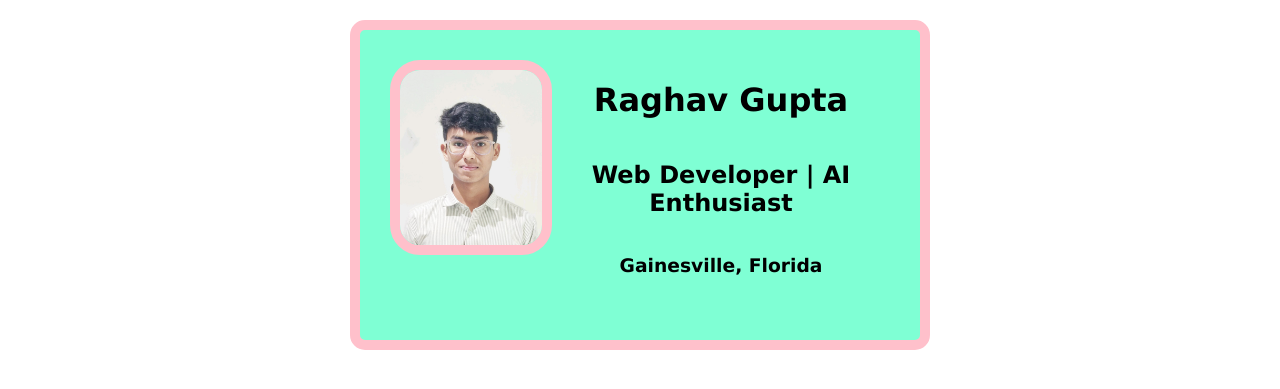
Repository: raghhavv03/html-css-practice
Page: css-task-2/index.html
These files come from the project's save history. The page is drawn as it stood at one moment and after a run of saves; the edit follows.
The browser window is 1280 px wide. The pictures show the whole page.

Above is the page before, as saved 2026-02-04 04:26:23.

After the next 2 saves:
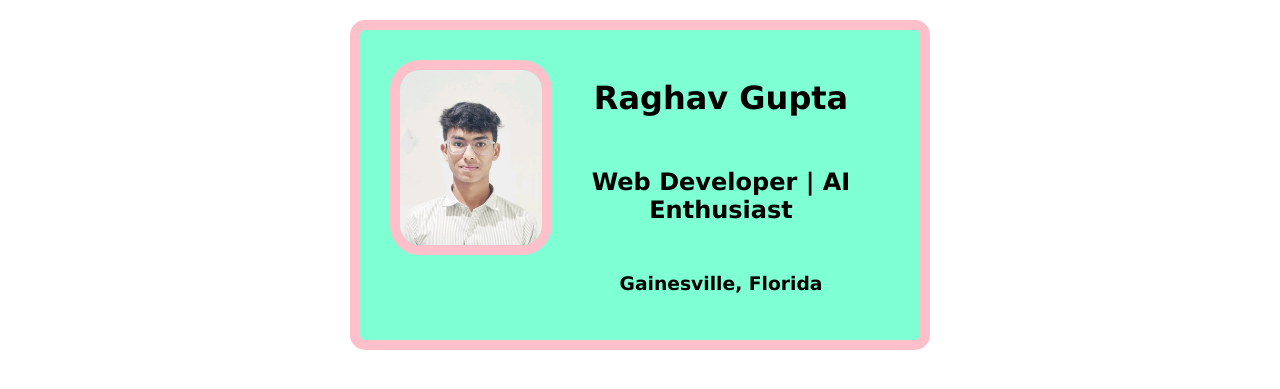
The 2 saves are shown as one change because they came seconds apart.
The last was saved 10 s later.
--- a/css-task-2/style.css
+++ b/css-task-2/style.css
@@ -27,6 +27,7 @@ body {
 .personal-details {
     display: flex;
     flex-direction: column;
-
+    justify-content: center;
+    gap: 10px;
     text-align: center;
 }
